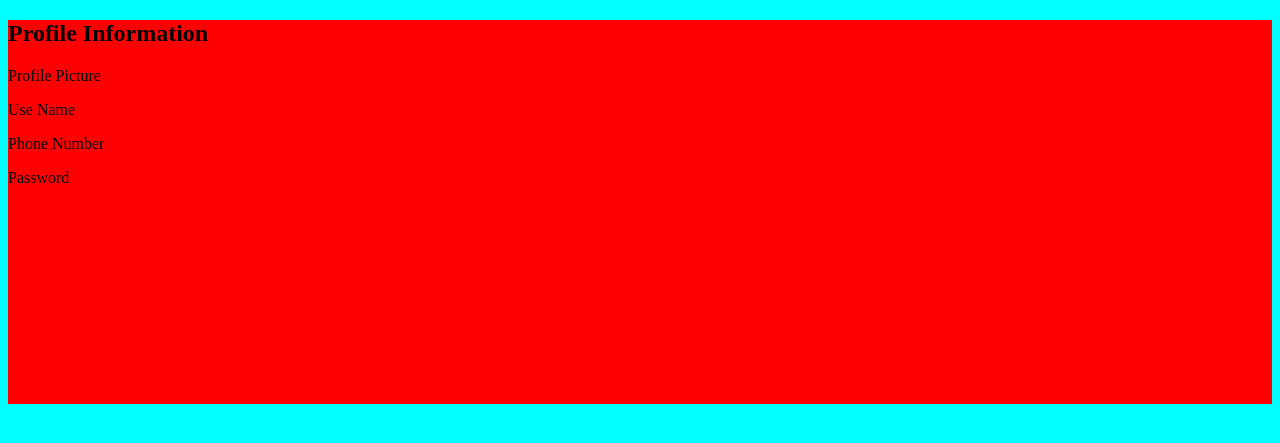
Repository: Amani-Kibet/express-app-web
Page: pages/profile page.html
The author's editor kept a copy of each file at every save. The page is drawn from the files as they stood at one save, then again after the next save.
The browser window is 1280 px wide. The pictures show the whole page.

Above is the page before, as saved 2025-09-26 08:55:43.

### pages/profile page.html
<!DOCTYPE html>
<head>
    <title>Profile Page</title>
    <style>
        body{
            background-color: cyan;
        }
        #container{
            background-color: red;
            height: 24rem;
        }
    </style>
</head>
<body>
    <div id="container">
        <h2>Profile Information</h2>
        <div id="image"></div>
        <p>Profile Picture</p>
        <p>Use Name</p>
        <p>Phone Number</p>
        <p>Password</p>
    </div>
</body>
<script>

</script>
</html>

After the next save:
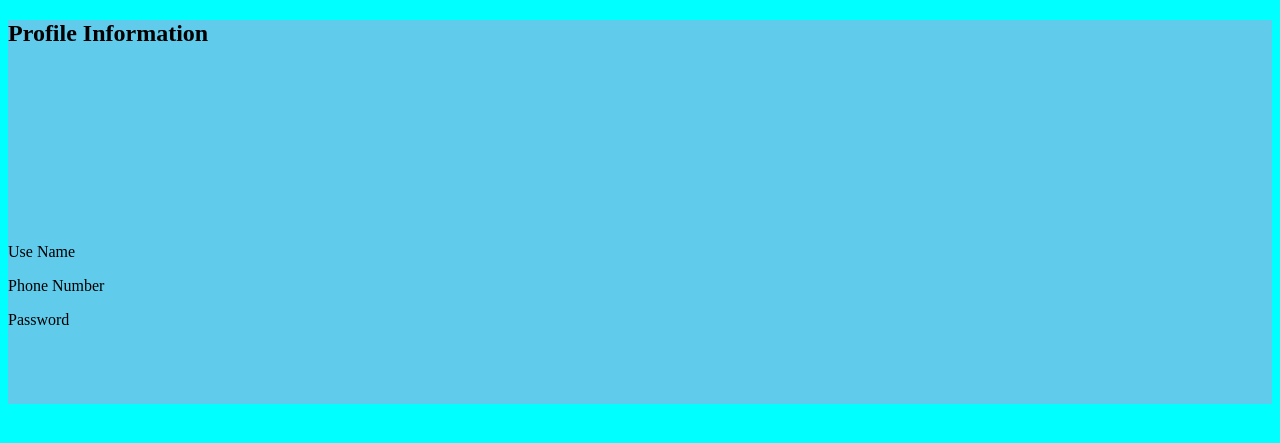
Saved 3 min 45 s later.
--- a/pages/profile page.html
+++ b/pages/profile page.html
@@ -6,8 +6,13 @@
             background-color: cyan;
         }
         #container{
-            background-color: red;
+            background-color: rgb(97, 203, 235);
             height: 24rem;
+        }
+        #image{
+            background-color: url("http://localhost:3000/pictures/p1")
+            width: 10rem;
+            height: 10rem;
         }
     </style>
 </head>
@@ -15,7 +20,6 @@
     <div id="container">
         <h2>Profile Information</h2>
         <div id="image"></div>
-        <p>Profile Picture</p>
         <p>Use Name</p>
         <p>Phone Number</p>
         <p>Password</p>
